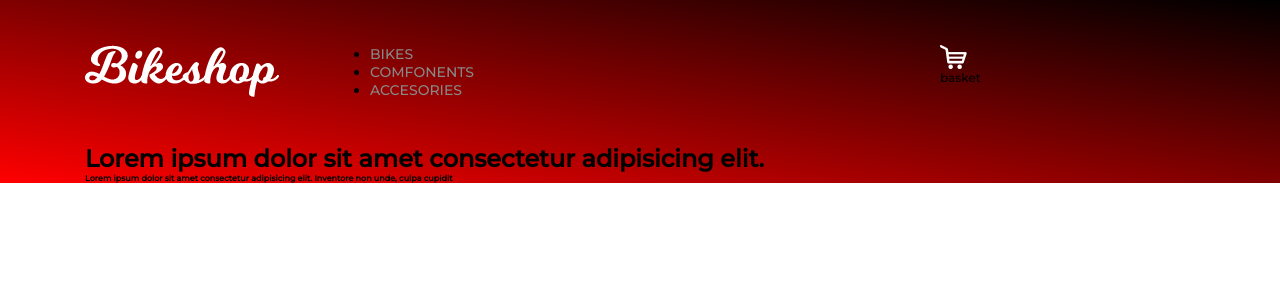
Repository: vanphongnguyen1/webDemo
Page: Bikeshop/index.html
An editor plug-in stored every save of this project. The page is shown before and after the next save, followed by the edit.
The browser window is 1280 px wide. The pictures show the whole page.
The style sheet was rebuilt from its Sass, Less or Tailwind sources for each picture, by a compiler version that may differ from the author's.

Above is the page before, as saved 2020-09-04 13:48:01.

### Bikeshop/index.html
<!DOCTYPE html>
<html lang="en">
<head>
    <meta charset="UTF-8">
    <meta name="viewport" content="width=device-width, initial-scale=1.0">
    <title>Document</title>
    <link href="https://fonts.googleapis.com/css2?family=Montserrat:wght@300;500&display=swap" rel="stylesheet">
    <link rel="stylesheet" href="./css/bootstrap-grid.min.css">
    <link rel="stylesheet" href="./css/style.css">
</head>
<body>
    <header>
        <div class="container">
            <div class="nav">
                <div class="row">
                    <div class="col-3">
                        <div class="logo">
                            <img src="./img/logo-text.png" alt="#Text Logo">
                        </div>
                    </div>
                    <div class="col-6">
                        <div class="menu">
                            <ul class="menu__list">
                                <li class="menu__item">
                                    <a href="" class="menu__text">bikes</a>
                                </li>
                                <li class="menu__item">
                                    <a href="" class="menu__text">comfonents</a>
                                </li>
                                <li class="menu__item">
                                    <a href="" class="menu__text">accesories</a>
                                </li>
                            </ul>
                        </div>
                    </div>
                    <div class="col-3">
                        <div class="card">
                            <img src="./img/icon.png" alt="#Product">
                            <span class="card__text">basket</span>
                        </div>
                    </div>
                </div>
            </div>
            <div class="heading__title">
                <h1>Lorem ipsum dolor sit amet consectetur adipisicing elit.</h1>
                <h6>Lorem ipsum dolor sit amet consectetur adipisicing elit. Inventore non unde, culpa cupidit</h6>
            </div>
        </div>
    </header>
</body>
</html>

### Bikeshop/sass/style.scss
@import './abstracts/varliber';
@import './base/base';
@import './components/header';

### Bikeshop/sass/abstracts/_varliber.scss
$bg-btn: #3c3c3c;
$color-grey: #888888;
$color-grey-line: #c2c1c1;
$color-with: #ffffff;
$color-black: #000000;
$font-Montserrat: 'Montserrat', sans-serif;

### Bikeshop/sass/base/_base.scss
* {
    margin: 0;
    padding: 0;
    box-sizing: border-box;
    outline: none;
}
html {
    font-size: 10px;
}
body {
    font-size: 1.2rem;
    font-family: $font-Montserrat;
}
a {
    text-decoration: none;
    color: inherit;
}
input, button, textarea {
    font-family: inherit;
}
ul {
    margin: 0;
    padding: 0
}
h1, h2, h3, h4, h5, h6, p {
    margin: 0;
    padding: 0;
    line-height: inherit
}
img {
    max-width: 100%;
    display: block;
}

### Bikeshop/sass/components/_header.scss
header {
    background-image: linear-gradient(to top right,red,black),;
    .nav {
        padding: 4.5rem 0;
        .logo {}
        .menu {
            &__list {
                text-transform: uppercase;
            }
            &__item {
                font-size: 1.4rem;
            }
            &__text {
                color: $color-grey;
            }
        }
    }
}

Loaded but not shown: Bikeshop/css/bootstrap-grid.min.css (library)

After the next save:
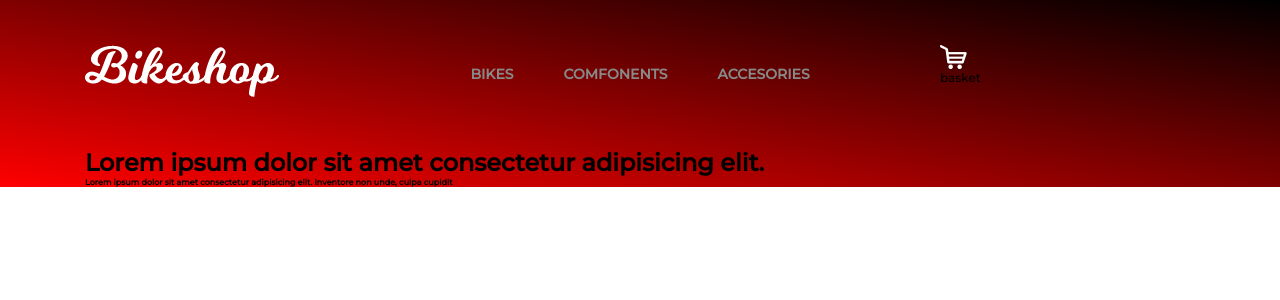
Saved 4 min 0 s later.
--- a/Bikeshop/sass/components/_header.scss
+++ b/Bikeshop/sass/components/_header.scss
@@ -6,12 +6,22 @@ header {
         .menu {
             &__list {
                 text-transform: uppercase;
+                display: flex;
+                justify-content: center;
+                align-items: center;
+                padding: 1rem 0;
             }
             &__item {
                 font-size: 1.4rem;
+                display: inline-block;
+                padding: 1rem 2.5rem;
+                font-weight: 600;
             }
             &__text {
                 color: $color-grey;
+                &:hover {
+                    color: $color-with;
+                }
             }
         }
     }
